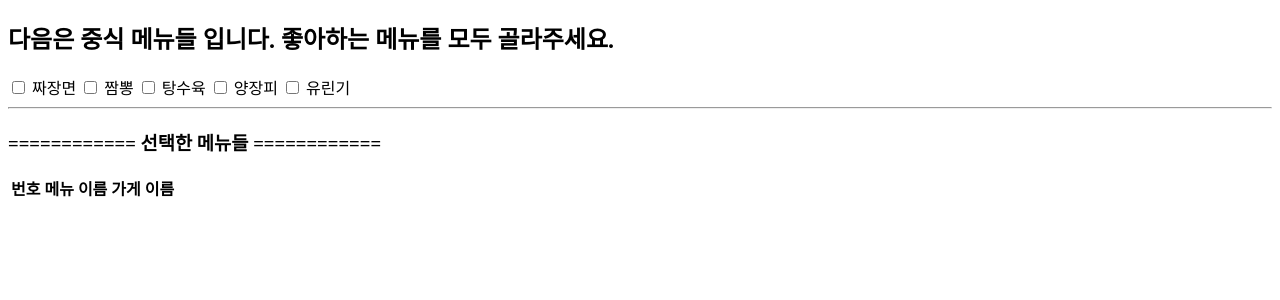
Repository: KangHoi/encore_vueWorkspace
Page: vue02_Methods/WebContent/vue08_v-model.html
The author's editor kept a copy of each file at every save. The page is drawn from the files as they stood at one save, then again after the next save.
The browser window is 1280 px wide. The pictures show the whole page.

Above is the page before, as saved 2021-07-09 02:40:49.

After the next save:
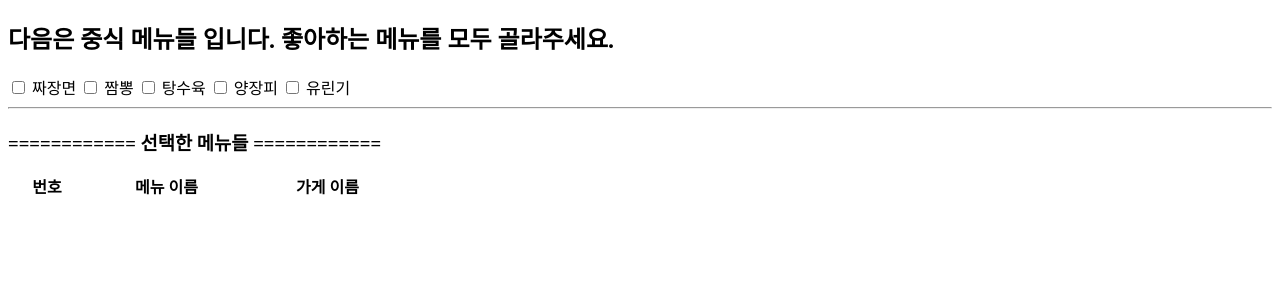
Saved 2 min 9 s later.
--- a/vue02_Methods/WebContent/vue08_v-model.html
+++ b/vue02_Methods/WebContent/vue08_v-model.html
@@ -3,6 +3,11 @@
 <head>
 <meta charset="UTF-8">
 <title>v-for</title>
+
+<style type="text/css">
+	#list{width:400px; border:1px; solid:black; border-collapse:collapse;
+	#list td, #list th{border: 1px; solid: black; text-align:centre;}
+</style>
 <script src="https://cdn.jsdelivr.net/npm/vue/dist/vue.js"></script>
 
 </head>
